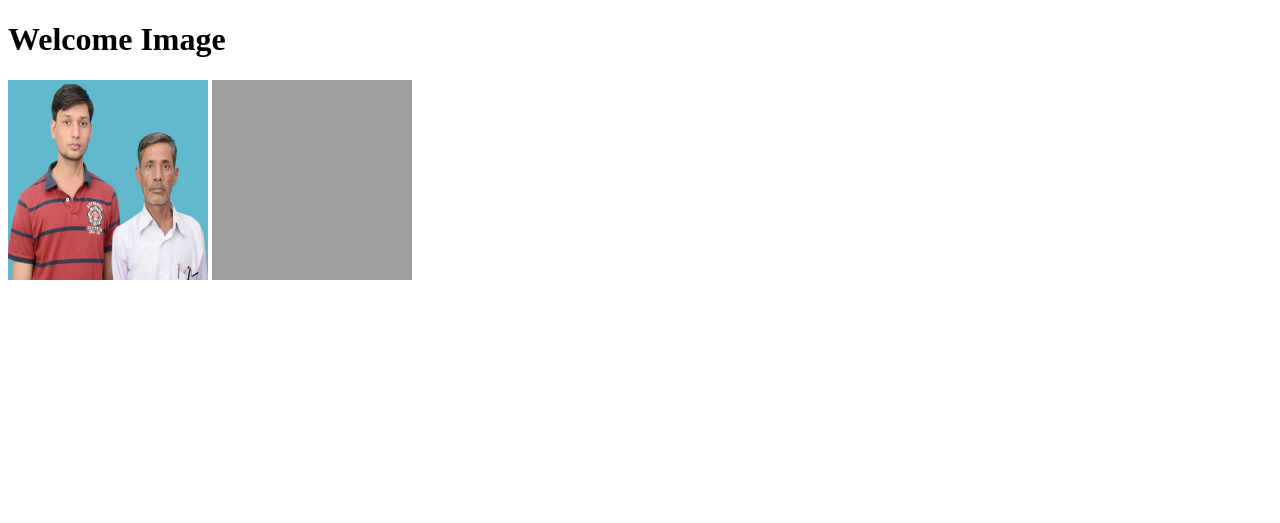
Repository: mksaini026/Java_Program
Page: TestWeb/WebContent/Test.html
The author's editor kept a copy of each file at every save. The page is drawn from the files as they stood at one save, then again after the next save.
The browser window is 1280 px wide. The pictures show the whole page.
Pictures or frames that could not be fetched are drawn as grey boxes.

Above is the page before, as saved 2019-10-23 07:55:10.

### TestWeb/WebContent/Test.html
<!DOCTYPE html>
<html>
<head>
<meta charset="ISO-8859-1">
<title>Insert title here</title>
</head>
<body>
<h1>Welcome Image</h1>
<img src="Me and Pa.jpg" width="200" height="200">
<img src="https://media.geeksforgeeks.org/wp-content/cdn-uploads/html-1024x341.png" width="200" height="200">
</body>
</html>

After the next save:
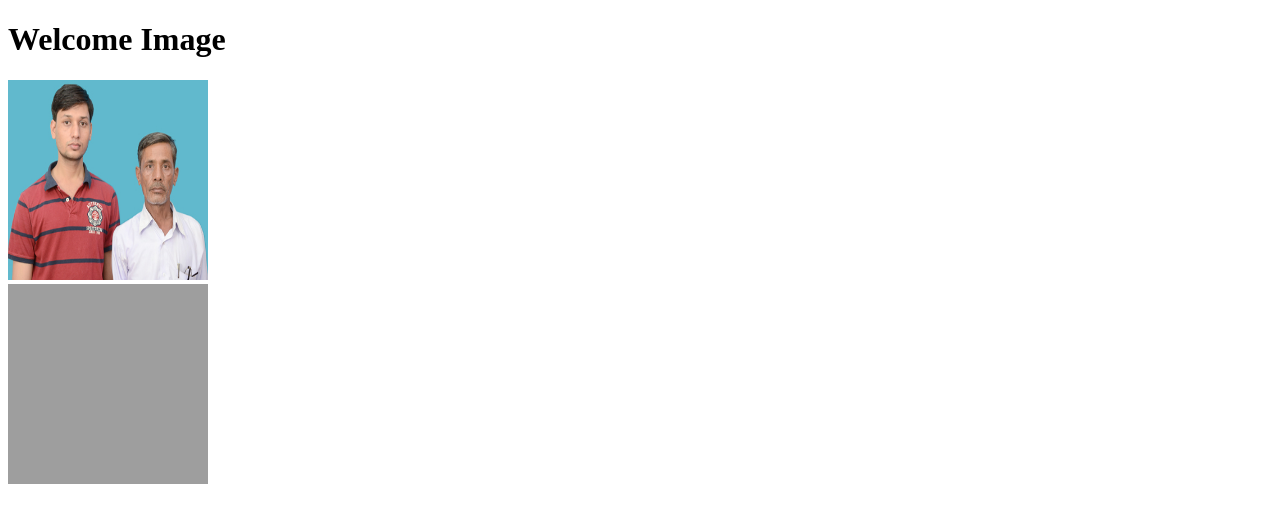
Saved 26 s later.
--- a/TestWeb/WebContent/Test.html
+++ b/TestWeb/WebContent/Test.html
@@ -6,7 +6,7 @@
 </head>
 <body>
 <h1>Welcome Image</h1>
-<img src="Me and Pa.jpg" width="200" height="200">
+<img src="Me and Pa.jpg" width="200" height="200"><br>
 <img src="https://media.geeksforgeeks.org/wp-content/cdn-uploads/html-1024x341.png" width="200" height="200">
 </body>
 </html>
